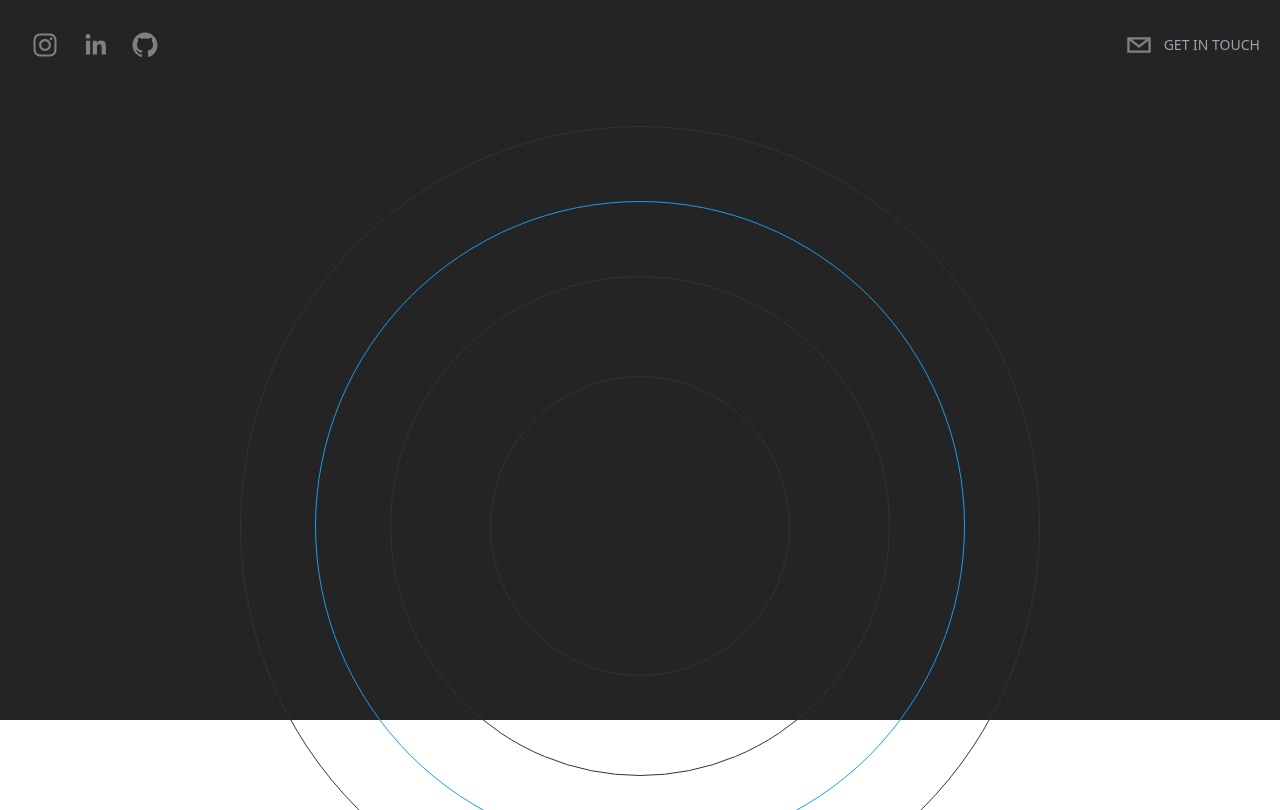
Repository: husainmamuwala/portfolio2.0
Page: /
These files come from the project's save history. The page is drawn as it stood at one moment and after a run of saves; the edit follows.
The browser window is 1280 px wide. The pictures show the whole page.
An inner scrolling area shows only its first screen. The project was rebuilt for these pictures with package versions that can differ from the ones it lists, and the page was loaded fresh each time. The framework's server and built-in components were replaced by stand-ins that run in the browser. Also part of the build but not shown: next.config.js.

Above is the page before, as saved 2022-09-17 18:44:19.

### pages/index.tsx
import type { NextPage } from 'next'
import Head from 'next/head'
import Image from 'next/image'
import Header from '../components/Header'
import Hero from '../components/Hero'
import styles from '../styles/Home.module.css'

const Home: NextPage = () => {
  return (
    <div className='bg-[rgb(36,36,36)] text-white h-screen'>
      <Header/>
      <section id='hero'>
      <Hero/>
      </section>
    </div>

  )
}

export default Home

### components/Header.tsx
import React from 'react'
import { SocialIcon } from 'react-social-icons';
import {motion} from 'framer-motion'

type Props = {}

export default function Header({}: Props) {
  return (
    <header className='sticky top-0 p-5 flex items-start max-w-7xl justify-between mx-auto z-20
    xl:items-center'>

        <motion.div
        initial={{
            x:-500,
            opacity:0,
            scale:0.5
        }}
        animate={{
            x:0,
            opacity:1,
            scale:1
        }}
        transition={{
            duration:1.5
        }}
        className='flex flex-row items-center'>
            <SocialIcon
            url='https://www.instagram.com/husain_mamuwala'
            fgColor='gray'
            bgColor='transparent'/>
             <SocialIcon
            url='https://www.linkedin.com/husain_mamuwala'
            fgColor='gray'
            bgColor='transparent'/>
             <SocialIcon
            url='https://www.github.com/husain_mamuwala'
            fgColor='gray'
            bgColor='transparent'/>
        </motion.div>

        <motion.div
        initial={{
            x:500,
            opacity:0,
            scale:1.5
        }}
        animate={{x:0,opacity:1,scale:1}}
        transition={{duration:1.5}}
        className="flex felx-row items-center text-gray-400">
            <SocialIcon
            className='cursor-pointer'
            network='email'
            fgColor='gray'
            bgColor='transparent'/>

            <p className=' uppercase hidden md:inline-flex text-sm text-gray-400'>
                Get In Touch
            </p>
        </motion.div>
    </header>

  )
}

### components/Hero.tsx
import React from 'react'
import {useTypewriter,Cursor} from 'react-simple-typewriter';
import BackgroundCircles from './BackgroundCircles';

type Props = {}

export default function Hero({}: Props) {
    const {text,count} = useTypewriter({
        words:["Hi , My Name is Husain","Guy-who-loves-cycling.tsx","<Student/>"],
        loop:true,
        delaySpeed: 2000,
    });
  return (
    <div className='h-screen flex flex-col items-center justify-center space-y-8 overflow-hidden text-center'>
        <BackgroundCircles/>
        <h1>
            <span>{text}</span>
            <Cursor />
        </h1>

    </div>
  );
}

### components/BackgroundCircles.tsx
import React from 'react'

type Props = {}

function BackgroundCircles({}: Props) {
  return (
    <div className='relative flex justify-center items-center'>
        <div className='absolute border border-[#333333] rounded-full h-[200px] w-[200px] mt-52 animate-ping '/>
        <div className=' absolute border border-[#333333] rounded-full h-[300px] w-[300px] mt-52'/>
        <div className=' absolute border border-[#333333] rounded-full h-[500px] w-[500px] mt-52'/>
        <div className=' absolute border border-[#1f9aec] rounded-full h-[650px] w-[650px] mt-52'/>
        <div className=' absolute border border-[#333333] rounded-full h-[800px] w-[800px] mt-52'/>
    </div>
  )
}

export default BackgroundCircles

Loaded but not shown: pages/_app.tsx (common file); styles/globals.css (common file); tailwind.config.js (common file)

After the next 2 saves:
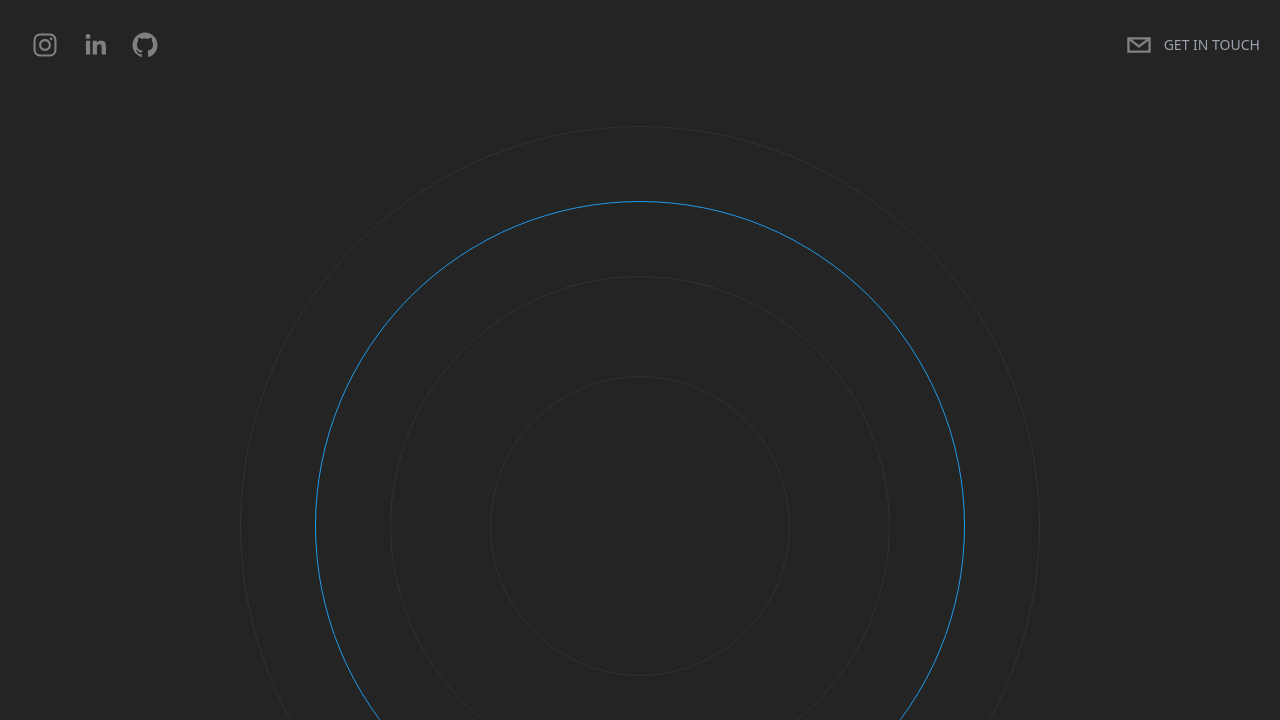
The 2 saves are shown as one change because they came seconds apart.
The last was saved 8 s later.
--- a/pages/index.tsx
+++ b/pages/index.tsx
@@ -7,7 +7,7 @@ import styles from '../styles/Home.module.css'
 
 const Home: NextPage = () => {
   return (
-    <div className='bg-[rgb(36,36,36)] text-white h-screen'>
+    <div className='bg-[rgb(36,36,36)] text-white h-screen overflow-scroll'>
       <Header/>
       <section id='hero'>
       <Hero/>
